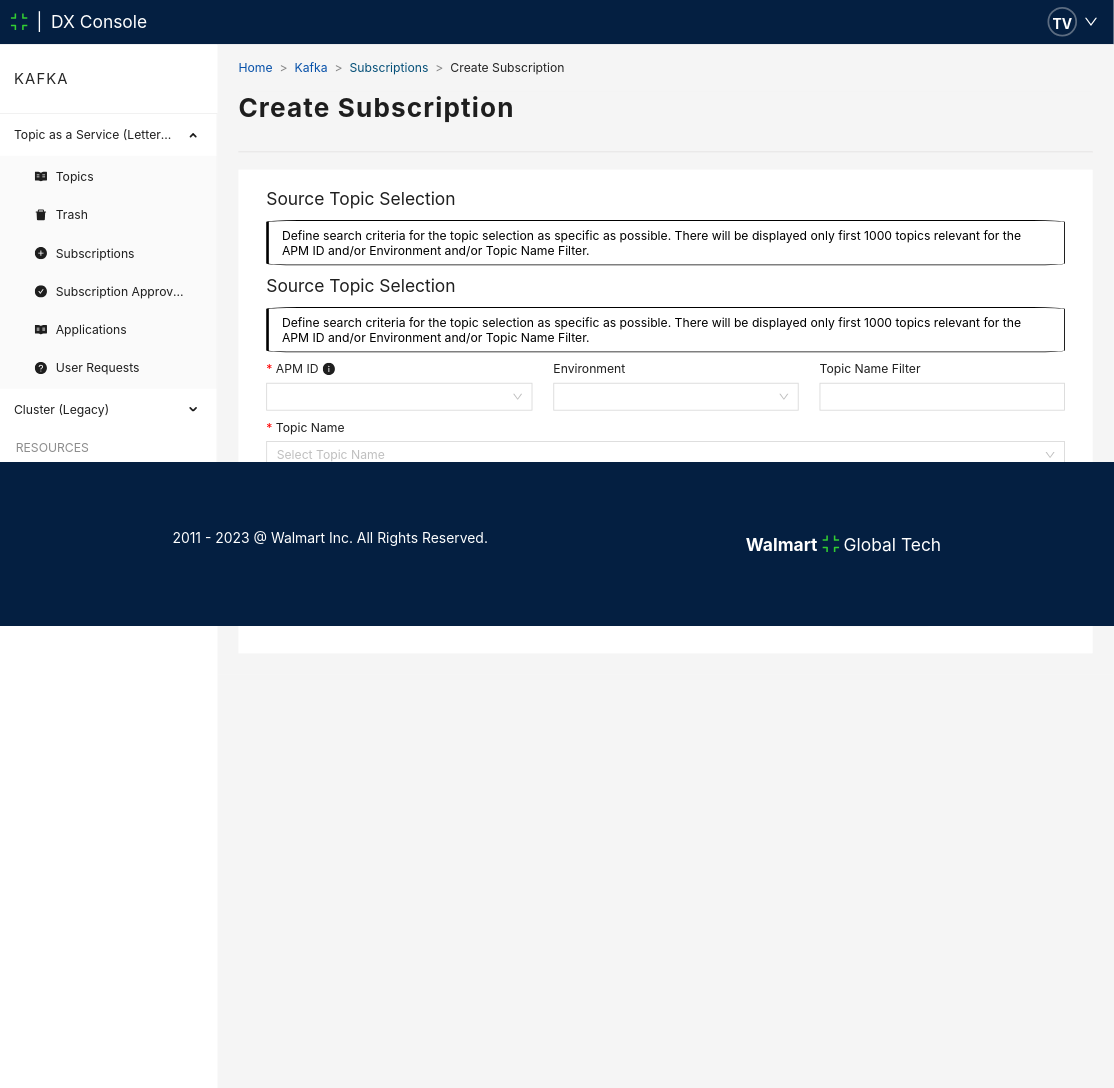
Repository: Qianying-Chai/kafka
Page: /kafka/subscriptions_active_tab=nonProxy/create-non-proxy
These files come from the project's save history. The page is drawn as it stood at one moment and after the next save; the edit follows.
The browser window is 1280 px wide. The pictures show the whole page, at 87% of full size.
The project was rebuilt for these pictures with package versions that can differ from the ones it lists, and the page was loaded fresh each time. Also part of the build but not shown: src/pages/Components/ComponentsTable.jsx, src/pages/Components/ComponentsInput.jsx, src/pages/Components/ComponentsPagination.jsx, src/pages/Taas/Topics/Topics.jsx, src/pages/Taas/Topics/CreateTopics/Form/DetailsForm.jsx, src/pages/Taas/Topics/CreateTopics/CreateTopic.jsx, src/pages/Taas/Trash/Style/Trash.css, src/pages/Taas/Trash/Trash.jsx and 15 more.

Above is the page before, as saved 2024-01-15 21:47:22.

### src/redux/store.jsx
import { configureStore } from "@reduxjs/toolkit";
import reducer from "./reducer";
const store = configureStore({ reducer: reducer });
export default store;

### src/pages/common/Header.jsx
import React from "react";
import "./Style/Header.css";
import { CompressOutlined, UpOutlined, DownOutlined } from "@ant-design/icons";
import { Layout } from "antd";
import { useState } from "react";
const Header = () => {
  const [login, setLogin] = useState(true);

  return (
    <Layout>
      <Layout.Header className="header">
        <div className="header-content-left">
          <CompressOutlined className="header-left-icon" />
          <span className="header-left-divider">|</span>
          <span className="header-left-dx-console">DX Console </span>
        </div>
        <div className="header-content-right">
          <div className="user">
            <div className="user-icon">TV</div>
            {login ? (
              <DownOutlined
                className="login-button"
                onClick={() => {
                  setLogin((state) => !state);
                }}
              />
            ) : (
              <UpOutlined
                className="logout-button"
                onClick={() => {
                  setLogin((state) => !state);
                }}
              />
            )}
          </div>
          <div
            className="logout-pop-up"
            style={{
              display: login ? "none" : "block",
            }}
          >
            LOGOUT
          </div>
        </div>
      </Layout.Header>
    </Layout>
  );
};
export default Header;

### src/pages/common/categoryConstants.jsx
const categoryConstants = {
  TOPICS: "Topics",
  TRASH: "Trash",
  SUBSCRIPTIONS: "Subscriptions",
  SUBSCRIPTIONS_APPROVALS: "Subscription Approvals",
  APPLICATIONS: "Applications",
  USER_REQUESTS: "User Requests",
  CLUSTERS: "Clusters",
  MIGRATED_CLUSTERS: "Migrated Clusters",
  SUBSCRIPTION: "Subscription",
  USERE_REQUESTS_LEGACY: "User Requests (Legacy)",
  SUPPORT: "Support",
  CREATE_TOPIC: "Create Topic",
  CREATE_SUBSCRIPTION: "Create Subscription",
};

export default categoryConstants;

### src/pages/Taas/Subscriptions/SubscriptionsNonProxy/CreateSubscriptions/CreateSubscriptionsNonProxy.jsx
import React from "react";
import ComponentsBreadcrumb from "../../../../Components/ComponentsBreadcrumb";
import ComponentsContent from "../../../../Components/ComponentsContent";
import ComponentsDivider from "../../../../Components/ComponentsDivider";
import ComponentsTitle from "../../../../Components/ComponentsTitle";
import categoryConstants from "../../../../common/categoryConstants";
import SourceTopicForm from "./Form/SourceTopicForm";
import TargetApplicationSelectionForm from "./Form/TargetApplicationSelectionForm";
import "../../Style/CreateSubscriptionNonproxy.css";
import { Typography, Button, ConfigProvider } from "antd";
const { Title } = Typography;

const CreateSubscriptionsNonProxy = () => {
  return (
    <ConfigProvider
      theme={{
        token: {
          borderRadius: 0,
        },
      }}
    >
      <div>
        <ComponentsBreadcrumb
          items={[
            {
              title: "Home",
            },
            {
              title: "Kafka",
            },
            {
              title: categoryConstants.SUBSCRIPTIONS,
              href: `/kafka/${categoryConstants.SUBSCRIPTIONS.toLowerCase()}_active_tab=nonProxy`,
            },
            {
              title: categoryConstants.CREATE_SUBSCRIPTION,
            },
          ]}
        />
        <div className="content-banner">
          <ComponentsTitle title={categoryConstants.CREATE_SUBSCRIPTION} />
        </div>
      </div>
      <ComponentsContent>
        <Title level={4} style={{ fontWeight: "normal" }}>
          Source Topic Selection
        </Title>

        <div className="bordered-content">
          Define search criteria for the topic selection as specific as
          possible. There will be displayed only first 1000 topics relevant for
          the APM ID and/or Environment and/or Topic Name Filter.
        </div>
        <SourceTopicForm />
        <Title level={4} style={{ fontWeight: "normal" }}>
          Target Application Selection
        </Title>
        <TargetApplicationSelectionForm />
        <ComponentsDivider />
        <div className="buttons-wrapper">
          <Button shape="round" size={"medium"} className="cancel-button">
            CANCEL
          </Button>
          <Button
            shape="round"
            size={"medium"}
            disabled
            className="submit-button"
          >
            SUBMIT
          </Button>
        </div>
      </ComponentsContent>
    </ConfigProvider>
  );
};
export default CreateSubscriptionsNonProxy;

### src/pages/common/Footer.jsx
import React from "react";
import { Layout } from "antd";
import { CompressOutlined } from "@ant-design/icons";
import "./Style/Footer.css";

const Footer = () => {
  return (
    <Layout.Footer className="footer">
      <div className="footer-text-left">
        2011 - 2023 @ Walmart Inc. All Rights Reserved.
      </div>
      <div className="footer-text-right">
        <span className="footer-text-right-walmart">Walmart</span>
        <CompressOutlined className="footer-icon" />
        <span className="footer-text-right-global-tech">Global Tech</span>
      </div>
    </Layout.Footer>
  );
};

export default Footer;

### src/redux/reducer.jsx
import { SET_PATH_NAME, SET_SELECTED_TAAS_SUBSCRIPTIONS } from "./constants";
const initialState = {
  pathName: "",
  selectedTaasSubscriptions: "nonProxy",
};
const reducer = (state = initialState, action) => {
  const { type, payload } = action;
  switch (type) {
    case SET_PATH_NAME:
      return { ...state, pathName: payload };
    case SET_SELECTED_TAAS_SUBSCRIPTIONS:
      return { ...state, selectedTaasSubscriptions: payload };
    default:
      return state;
  }
};

export default reducer;

### src/pages/common/Style/Header.css
.header {
  justify-content: space-between;
  padding: 0 12px;
  background-color: rgb(4, 31, 65);
  height: 51px;
  line-height: 51px;
  color: #ffffff;
}

.header,
.user {
  display: flex;
}

.header-content-left {
  font-size: 20px;
}

.header-left-icon {
  color: #32cd32;
}

.header-left-divider {
  margin: 0 10px;
}

.header-content-right {
  font-weight: bolder;
  flex-direction: column;
  font-size: 1rem;
  width: 76px;
  padding-left: 12px;
}

.user {
  margin: 8px 0px;
}
.user-icon {
  height: 34px;
  line-height: 34px;
  width: 34px;
  border-radius: 50%;
  text-align: center;
}
.user-icon,
.logout-pop-up {
  border: 2px solid rgba(225, 225, 225, 0.4);
}

.login-button,
.logout-button {
  padding-left: 8px;
}

.logout-pop-up {
  transition: all 10s ease-out;
  width: 100px;
  height: 60px;
  line-height: 60px;
  position: absolute;
  right: 0px;
  z-index: 999;
  font-size: 15px;
  letter-spacing: 1pt;
  text-align: center;
  justify-content: center;
  color: rgb(94, 91, 91);
  box-shadow: 0px 0px 4px 4px rgba(176, 174, 174, 0.4);
}

### src/pages/common/Style/Sider.css
.sider {
  min-height: 1200px;
}

.slider-top {
  height: 80px;
  border-bottom: 1px solid rgb(239, 239, 239);
}
.slider-top-content {
  height: 100%;
  display: flex;
  align-items: center;
  margin-left: 16px;
  letter-spacing: 1pt;
  font-size: 17px;
  color: #000000d9;
}

### src/pages/Components/ComponentsContent.jsx
import React from "react";
import "../common/Style/Content.css";
import { Layout, theme } from "antd";

const ComponentsContent = (props) => {
  const {
    token: { colorBgContainer },
  } = theme.useToken();

  return (
    <div>
      <Layout.Content
        style={{
          padding: "20px 32px 32px",
          minHeight: 280,
          background: colorBgContainer,
        }}
        {...props}
      ></Layout.Content>
    </div>
  );
};
export default ComponentsContent;

### src/pages/Components/ComponentsBreadcrumb.jsx
import React from "react";
import { Breadcrumb, ConfigProvider } from "antd";

const ComponentsBreadcrumb = (props) => {
  return (
    <ConfigProvider
      theme={{
        components: {
          Breadcrumb: {
            lastItemColor: "#000000D9",
            linkColor: "#075179",
            itemColor: "#0751A9",
            linkHoverColor: "#F5F5F5",
          },
          token: {
            colorBgTextHover: "#F5F5F5",
          },
        },
      }}
    >
      <div>
        <Breadcrumb
          style={{
            margin: "16px 0",
          }}
          separator=">"
          items={props.items}
        ></Breadcrumb>
      </div>
    </ConfigProvider>
  );
};
export default ComponentsBreadcrumb;

### src/pages/Components/ComponentsTitle.jsx
import React from "react";
import { Typography, ConfigProvider } from "antd";
const { Title } = Typography;

const ComponentsTitle = (props) => {
  return (
    <>
      <ConfigProvider
        theme={{
          components: {
            token: {
              colorText: "#041E42",
            },
          },
        }}
      >
        <Title level={2} style={{ fontWeight: "bold" }}>
          {props.title}
        </Title>
      </ConfigProvider>
    </>
  );
};

export default ComponentsTitle;

### src/pages/Components/ComponentsDivider.jsx
import React from "react";
import { Divider, ConfigProvider } from "antd";
const ComponentsDivider = () => (
  <ConfigProvider
    theme={{
      token: {
        colorSplit: "rgba(0, 0, 0, 0.85)",
        marginLG: 16,
      },
    }}
  >
    {" "}
    <Divider />
  </ConfigProvider>
);
export default ComponentsDivider;

### src/pages/Taas/Topics/Style/CreateTopic.css
.buttons-wrapper {
  display: flex;
  justify-content: flex-end;
}

.cancel-button,
.submit-button {
  letter-spacing: 1pt;
  padding: 4px 15px;
  width: 135px;
}
.cancel-button {
  margin-right: 10px;
}

### src/pages/Taas/Subscriptions/SubscriptionsNonProxy/CreateSubscriptions/Form/SourceTopicForm.jsx
import React, { useMemo, useState, useRef } from "react";
import SelectTitle from "../../../../../Components/SelectTitle";
import debounce from "lodash/debounce";
import { Col, Row, Select, Spin, Typography } from "antd";
const { Title } = Typography;
const SourceTopicForm = () => {
  function DebounceSelect({ fetchOptions, debounceTimeout = 800, ...props }) {
    const [fetching, setFetching] = useState(false);
    const [options, setOptions] = useState([]);
    const fetchRef = useRef(0);
    const debounceFetcher = useMemo(() => {
      const loadOptions = (value) => {
        fetchRef.current += 1;
        const fetchId = fetchRef.current;
        setOptions([]);
        setFetching(true);
        fetchOptions(value).then((newOptions) => {
          if (fetchId !== fetchRef.current) {
            // for fetch callback order
            return;
          }
          setOptions(newOptions);
          setFetching(false);
        });
      };
      return debounce(loadOptions, debounceTimeout);
    }, [fetchOptions, debounceTimeout]);
    return (
      <Select
        labelInValue
        filterOption={false}
        onSearch={debounceFetcher}
        notFoundContent={fetching ? <Spin size="small" /> : null}
        {...props}
        options={options}
      />
    );
  }

  const [value, setValue] = useState([]);

  async function fetchUserList(username) {
    console.log("fetching user", username);
    return fetch("https://randomuser.me/api/?results=5")
      .then((response) => response.json())
      .then((body) =>
        body.results.map((user) => ({
          label: `${user.name.first} ${user.name.last}`,
          value: user.login.username,
        }))
      );
  }
  const handleChange = (value) => {
    console.log(`selected ${value}`);
  };

  return (
    <>
      <Title level={4} style={{ fontWeight: "normal" }}>
        Source Topic Selection
      </Title>

      <div className="bordered-content">
        Define search criteria for the topic selection as specific as possible.
        There will be displayed only first 1000 topics relevant for the APM ID
        and/or Environment and/or Topic Name Filter.
      </div>
      <Row style={{ display: "flex", flexFlow: "nowrap" }}>
        <Col
          span={8}
          style={{
            marginRight: "12px",
          }}
        >
          <SelectTitle title={"APM ID"} />
          <DebounceSelect
            className="select"
            mode="multiple"
            value={value}
            fetchOptions={fetchUserList}
            onChange={(newValue) => {
              setValue(newValue);
            }}
            style={{
              width: "100%",
              margin: "0 0 10px",
            }}
          />
        </Col>
        <Col
          span={8}
          style={{
            padding: "0 12px",
          }}
        >
          <div className="Select-title-wrapper">Environment</div>
          <DebounceSelect
            className="select"
            mode="multiple"
            value={value}
            fetchOptions={fetchUserList}
            onChange={(newValue) => {
              setValue(newValue);
            }}
          />
        </Col>
        <Col
          span={8}
          style={{
            padding: "0 12px",
          }}
        >
          <div className="Select-title-wrapper">Topic Name Filter</div>
          <Select
            mode="tags"
            className="select"
            onChange={handleChange}
            showSearch={false}
            suffixIcon=""
          />
        </Col>
      </Row>
      <Row>
        <Col
          span={24}
          style={{
            marginRight: "12px",
          }}
        >
          <div className="Select-title-wrapper">
            <span className="prefix">*</span>Topic Name
          </div>
          <DebounceSelect
            mode="multiple"
            value={value}
            placeholder="Select Topic Name"
            fetchOptions={fetchUserList}
            onChange={(newValue) => {
              setValue(newValue);
            }}
            className="select"
          />
        </Col>
      </Row>
    </>
  );
};

export default SourceTopicForm;

### src/pages/Taas/Subscriptions/SubscriptionsNonProxy/CreateSubscriptions/Form/TargetApplicationSelectionForm.jsx
import React, { useMemo, useState, useRef } from "react";
import debounce from "lodash/debounce";
import { Col, Row, ConfigProvider, Select, Spin } from "antd";
import SelectTitle from "../../../../../Components/SelectTitle";

const TargetApplicationSelectionForm = () => {
  function DebounceSelect({ fetchOptions, debounceTimeout = 800, ...props }) {
    const [fetching, setFetching] = useState(false);
    const [options, setOptions] = useState([]);
    const fetchRef = useRef(0);

    const debounceFetcher = useMemo(() => {
      const loadOptions = (value) => {
        fetchRef.current += 1;
        const fetchId = fetchRef.current;
        setOptions([]);
        setFetching(true);
        fetchOptions(value).then((newOptions) => {
          if (fetchId !== fetchRef.current) {
            return;
          }
          setOptions(newOptions);
          setFetching(false);
        });
      };
      return debounce(loadOptions, debounceTimeout);
    }, [fetchOptions, debounceTimeout]);
    return (
      <Select
        labelInValue
        filterOption={false}
        onSearch={debounceFetcher}
        notFoundContent={fetching ? <Spin size="small" /> : null}
        {...props}
        options={options}
      />
    );
  }

  const [value, setValue] = useState([]);

  async function fetchUserList(username) {
    console.log("fetching user", username);
    return fetch("https://randomuser.me/api/?results=5")
      .then((response) => response.json())
      .then((body) =>
        body.results.map((user) => ({
          label: `${user.name.first} ${user.name.last}`,
          value: user.login.username,
        }))
      );
  }
  const handleChange = (value) => {
    console.log(`selected ${value}`);
  };

  return (
    <Row style={{ display: "flex", flexFlow: "nowrap" }}>
      <Col
        span={12}
        style={{
          marginRight: "12px",
        }}
      >
        <SelectTitle title={"APM ID"} />
        <DebounceSelect
          mode="multiple"
          value={value}
          fetchOptions={fetchUserList}
          onChange={(newValue) => {
            setValue(newValue);
          }}
          className="select"
        />
      </Col>
      <Col
        span={12}
        style={{
          padding: "0 12px",
        }}
      >
        <SelectTitle title={"Application Name / App Key"} />
        <Select
          mode="tags"
          className="select"
          placeholder="Select Application Name or create a new one by App Key"
          onChange={handleChange}
          showSearch={false}
          suffixIcon=""
        />
      </Col>
    </Row>
  );
};

export default TargetApplicationSelectionForm;

### src/pages/Taas/Subscriptions/Style/CreateSubscriptionNonproxy.css
.content-title {
  margin-bottom: 10px;
  font-size: 16px;
}

.bordered-content {
  border: 1px solid black;
  border-left: 3px solid black;
  padding: 8px 15px;
  margin: 10px 0px;
  border-radius: 4%;
  color: #000000;
}

### src/pages/common/Style/Footer.css
.footer {
  text-emphasis-style: center;
  background-color: #041f41;
  color: white;
  display: flex;
  justify-content: space-around;
  height: 189px;
  align-items: center;
  width: 100%;
  position: fixed;
  bottom: 0;
}

.footer-icon {
  font-size: 20px;
  color: #32cd32;
}

.footer-text-left {
  font-size: 16px;
  margin-bottom: 16px;
}

.footer-text-right {
  font-size: 20px;
}

.footer-text-right-walmart {
  font-weight: bold;
  padding-right: 5px;
}

.footer-text-right-global-tech {
  padding-left: 5px;
}

### src/redux/constants.jsx
const SET_PATH_NAME = "SET_PATH_NAME";
const SET_SELECTED_TAAS_SUBSCRIPTIONS = "SET_SELECTED_TAAS_SUBSCRIPTIONS";
export { SET_PATH_NAME };
export { SET_SELECTED_TAAS_SUBSCRIPTIONS };

### src/pages/common/Style/Content.css
.content-banner {
  height: 70px;
  display: flex;
  justify-content: space-between;
  background-color: #f5f5f5;
  color: #041e42;
  letter-spacing: 1pt;
  border-bottom: 1px solid rgba(167, 164, 164, 0.3);
  margin-bottom: 20px;
  padding-bottom: 15px;
}

.content-banner-button {
  background-color: #041f41;
  color: #ffffff;
  letter-spacing: 1pt;
}

.content-text {
  margin: 24px 0 20px;
}

### src/pages/Components/SelectTitle.jsx
import React from "react";
import "./Style/SelectTitle.css";
import { InfoCircleFilled } from "@ant-design/icons";
const SelectTitle = (props) => {
  return (
    <div className="Select-title-wrapper">
      <span className="prefix">*</span>
      <span className="Select-title">{props.title}</span>
      <InfoCircleFilled />
    </div>
  );
};

export default SelectTitle;

### src/pages/Taas/Topics/Style/DetailsForm.css
.select {
  margin: 0 0 10px;
  width: 100%;
}

### src/pages/Components/Style/SelectTitle.css
.prefix {
  color: red;
  margin-right: 4px;
}

.Select-title-wrapper {
  padding-bottom: 8px;
}

.Select-title {
  margin-right: 5px;
  color: rgba(0, 0, 0, 0.85);
}

Loaded but not shown: public/index.html (common file); src/style/index.css (common file); src/App.js (104 lines, source omitted); src/index.js (16 lines, source omitted); src/pages/common/Sider.jsx (186 lines, source omitted)

After the next save:
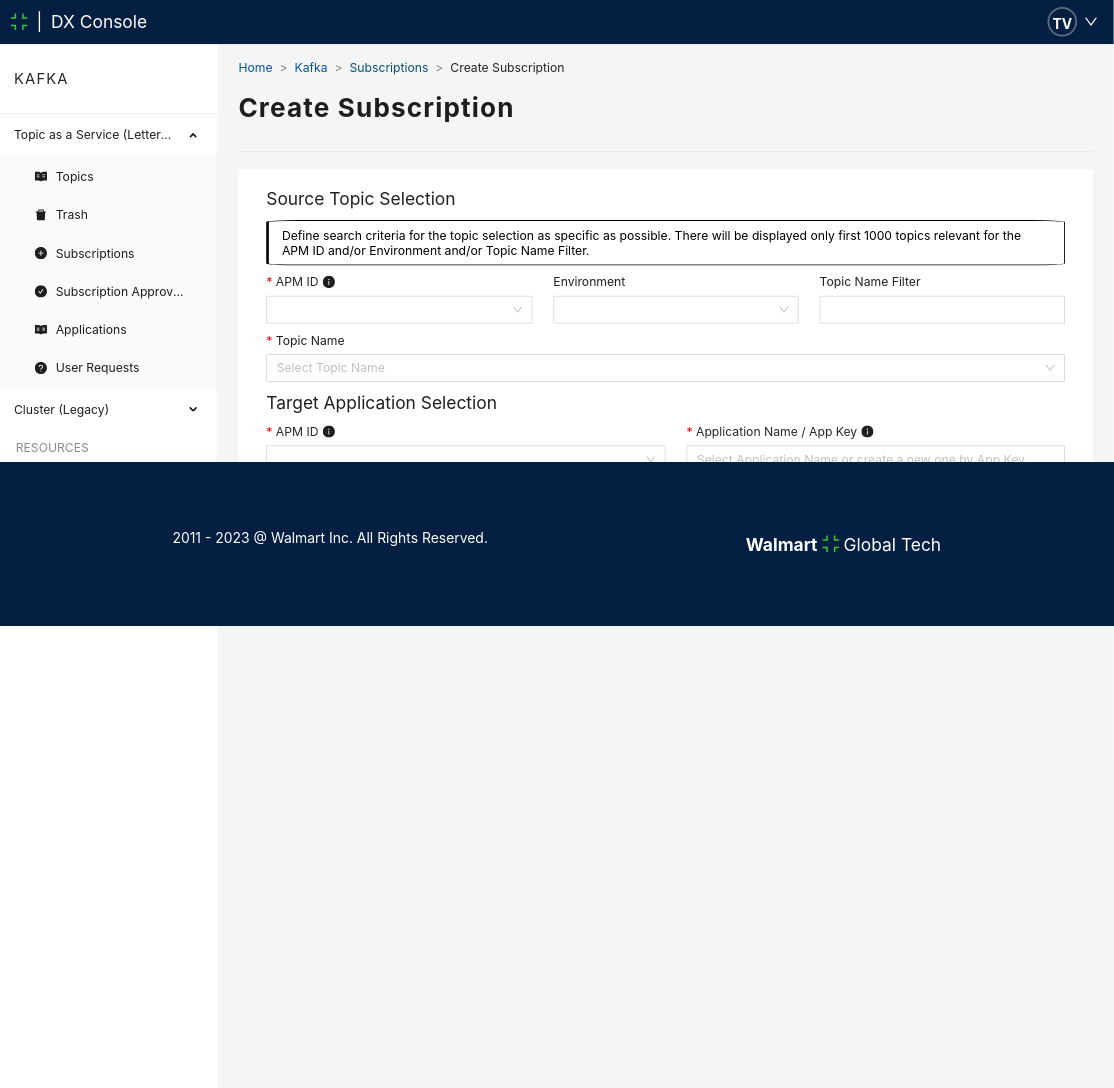
Saved 28 s later.
--- a/src/pages/Taas/Subscriptions/SubscriptionsNonProxy/CreateSubscriptions/CreateSubscriptionsNonProxy.jsx
+++ b/src/pages/Taas/Subscriptions/SubscriptionsNonProxy/CreateSubscriptions/CreateSubscriptionsNonProxy.jsx
@@ -42,15 +42,6 @@
         </div>
       </div>
       <ComponentsContent>
-        <Title level={4} style={{ fontWeight: "normal" }}>
-          Source Topic Selection
-        </Title>
-
-        <div className="bordered-content">
-          Define search criteria for the topic selection as specific as
-          possible. There will be displayed only first 1000 topics relevant for
-          the APM ID and/or Environment and/or Topic Name Filter.
-        </div>
         <SourceTopicForm />
         <Title level={4} style={{ fontWeight: "normal" }}>
           Target Application Selection
